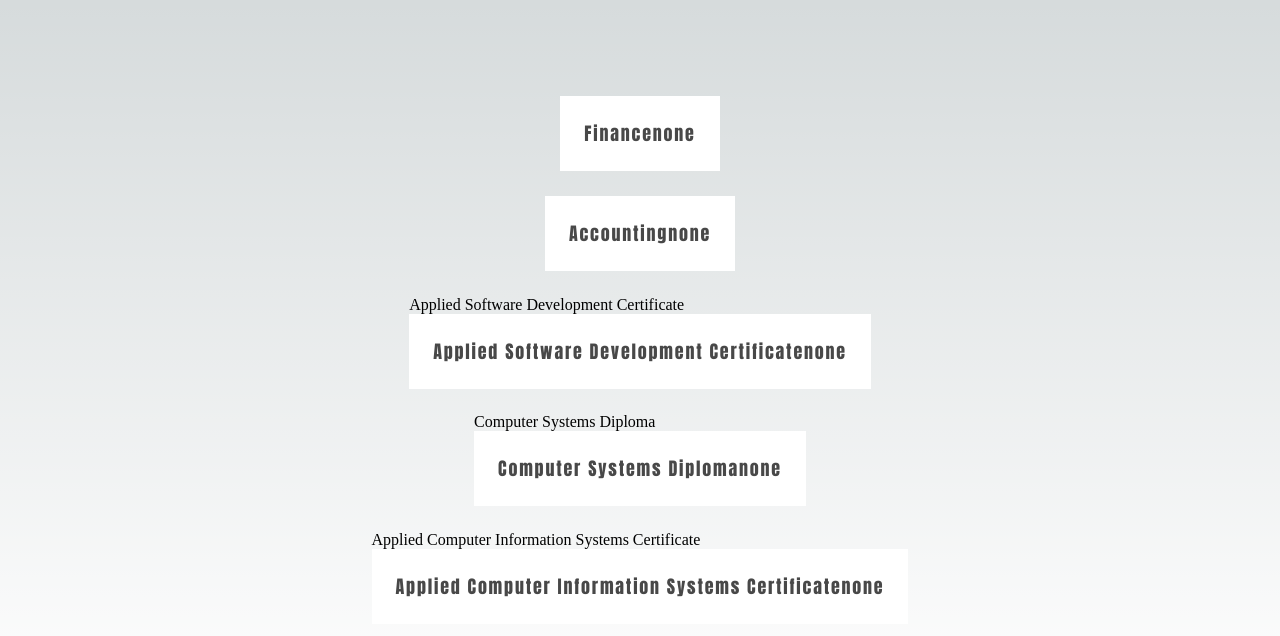
Repository: giovanabirck/class03-vercel-test
Page: /
The author's editor kept a copy of each file at every save. The page is drawn from the files as they stood at one save, then again after the next save.
The browser window is 1280 px wide. The pictures show the whole page.
The project was rebuilt for these pictures with package versions that can differ from the ones it lists, and the page was loaded fresh each time. The framework's server and built-in components were replaced by stand-ins that run in the browser. Also part of the build but not shown: next.config.js.

Above is the page before, as saved 2023-01-24 21:15:25.

After the next save:
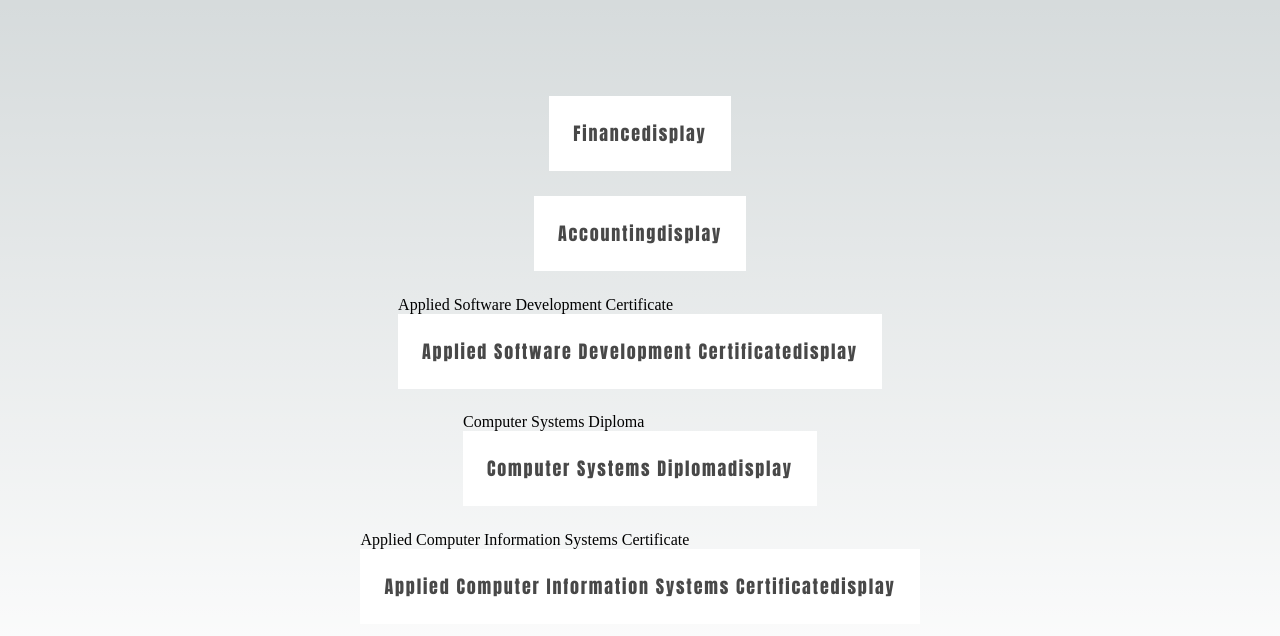
Saved 6 s later.
--- a/components/Card/index.js
+++ b/components/Card/index.js
@@ -1,7 +1,7 @@
 
 export default function Card({
     degree      =   'none',
-    department  =   'none'
+    department  =   'display'
 }) {
 
     return(
